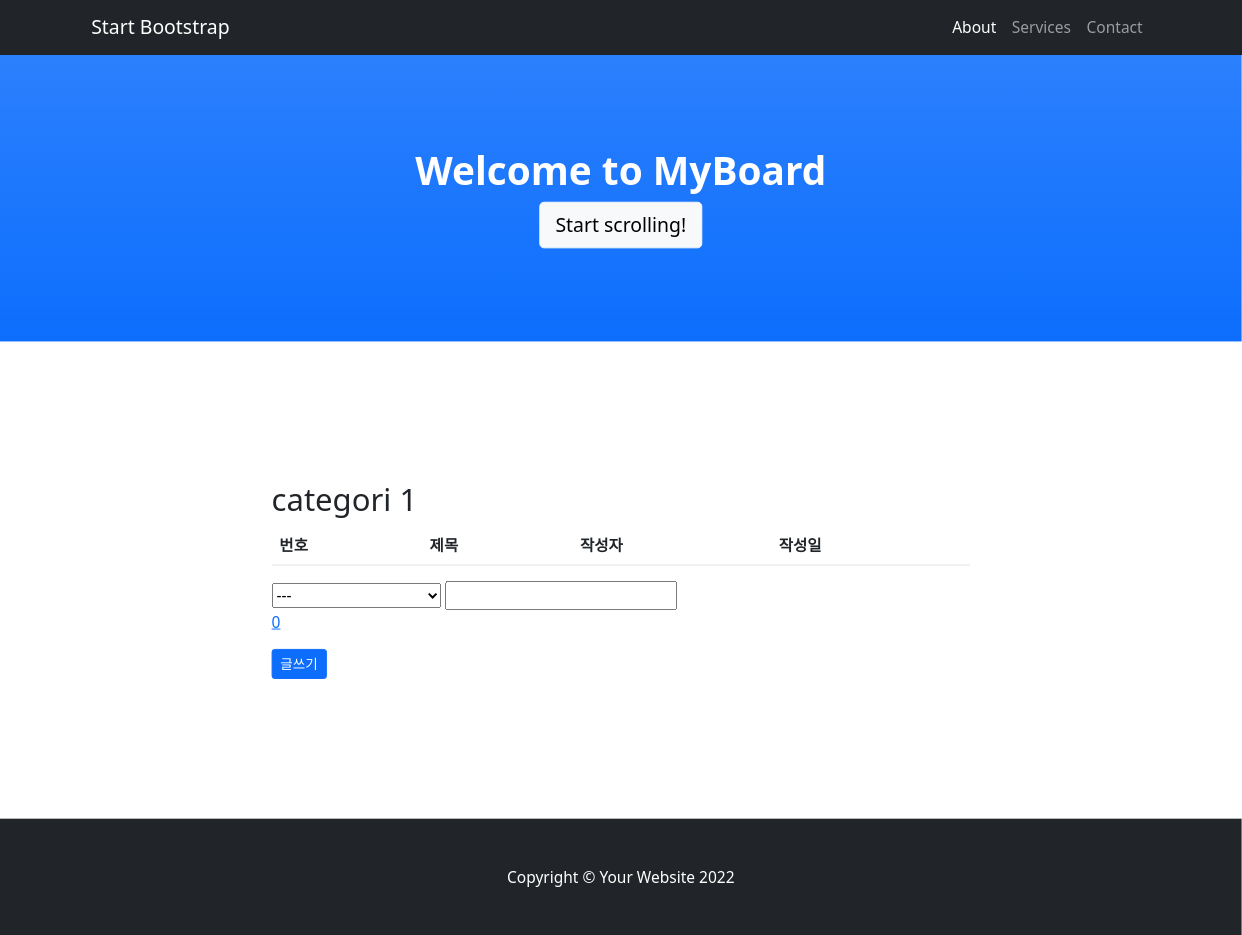
Repository: rlarmsdn2999/SpringWebProject
Page: http://localhost/myboard/WEB-INF/views/board/list.jsp
An editor plug-in stored every save of this project. The page is shown before and after the next save, followed by the edit.
The browser window is 1280 px wide. The pictures show the whole page, at 97% of full size.
The page is served by Tomcat 9. Nobody is signed in. The template is opened directly, without the code that normally fills it, so the values that code supplies are empty.

Above is the page before, as saved 2022-12-27 07:05:43.

After the next save:
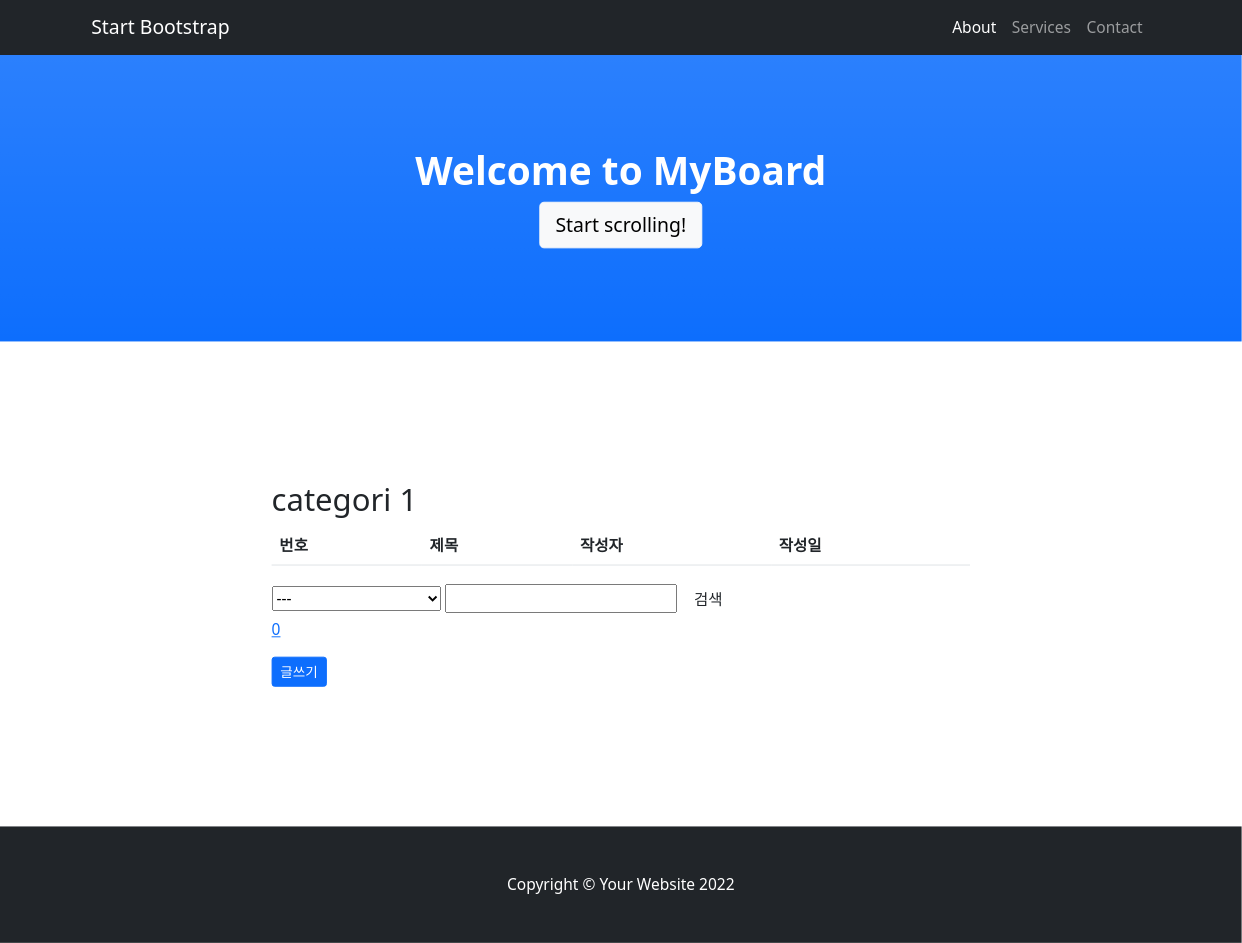
Saved 26 s later.
--- a/myboard/myboard/src/main/webapp/WEB-INF/views/board/list.jsp
+++ b/myboard/myboard/src/main/webapp/WEB-INF/views/board/list.jsp
@@ -89,6 +89,7 @@
 								<input type="text" name="keyword" />
 								<input type="hidden" name="pageNum" value='<c:out value="${pageMaker.cri.pageNum}"/>'/>
 								<input type="hidden" name="amount" value='<c:out value="${pageMaker.cri.amount}"/>'/>
+								<button class="btn btn-default">검색</button>
 							</form>
 						</div>
 					</div>
